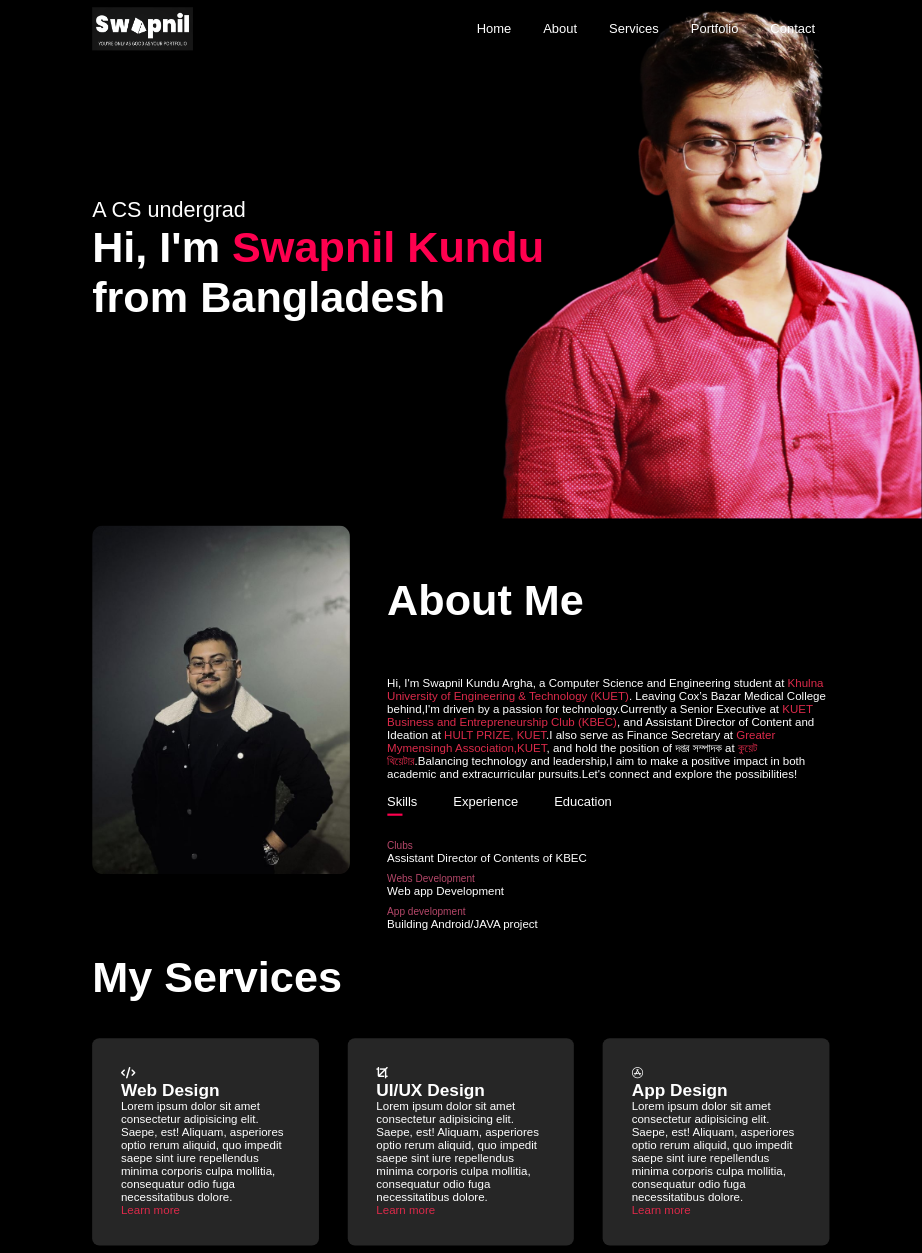
Repository: SwapnilKundu/portfolio
Page: index.html
An editor plug-in stored every save of this project. The page is shown before and after a run of saves, followed by the edit.
The browser window is 1280 px wide. The pictures show the whole page, at 72% of full size.
Some web libraries are served in a nearby version.

Above is the page before, as saved 2024-01-20 10:18:35.

After the next 4 saves:
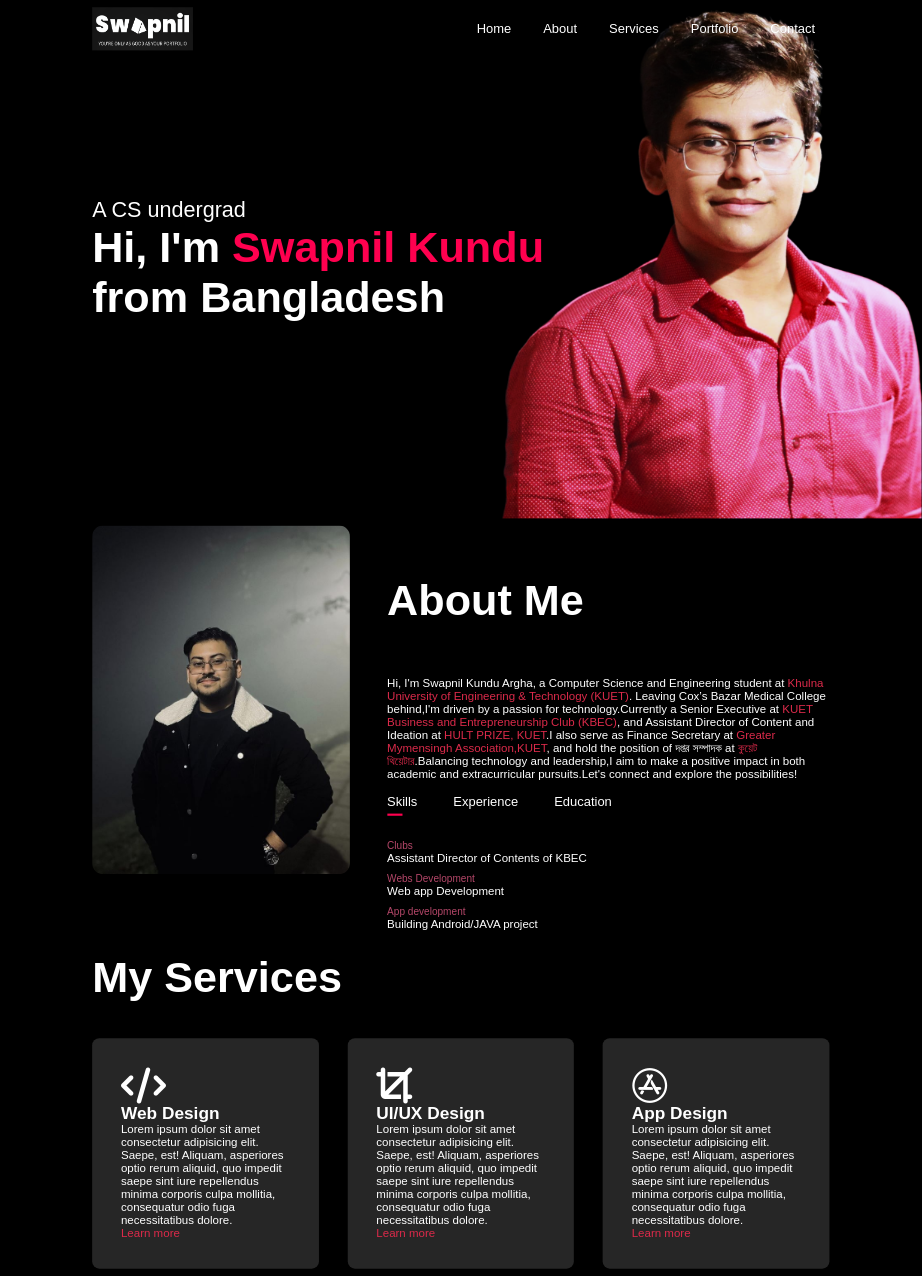
The 4 saves are shown as one change because they came seconds apart.
The last was saved 10 s later.
--- a/style.css
+++ b/style.css
@@ -188,4 +188,7 @@ nav ul li a:hover::after
     font-weight: 300;
     border-radius:10px;
 }
-.services-list div i{}
+.services-list div i
+{
+    font-size: 50px;
+}
